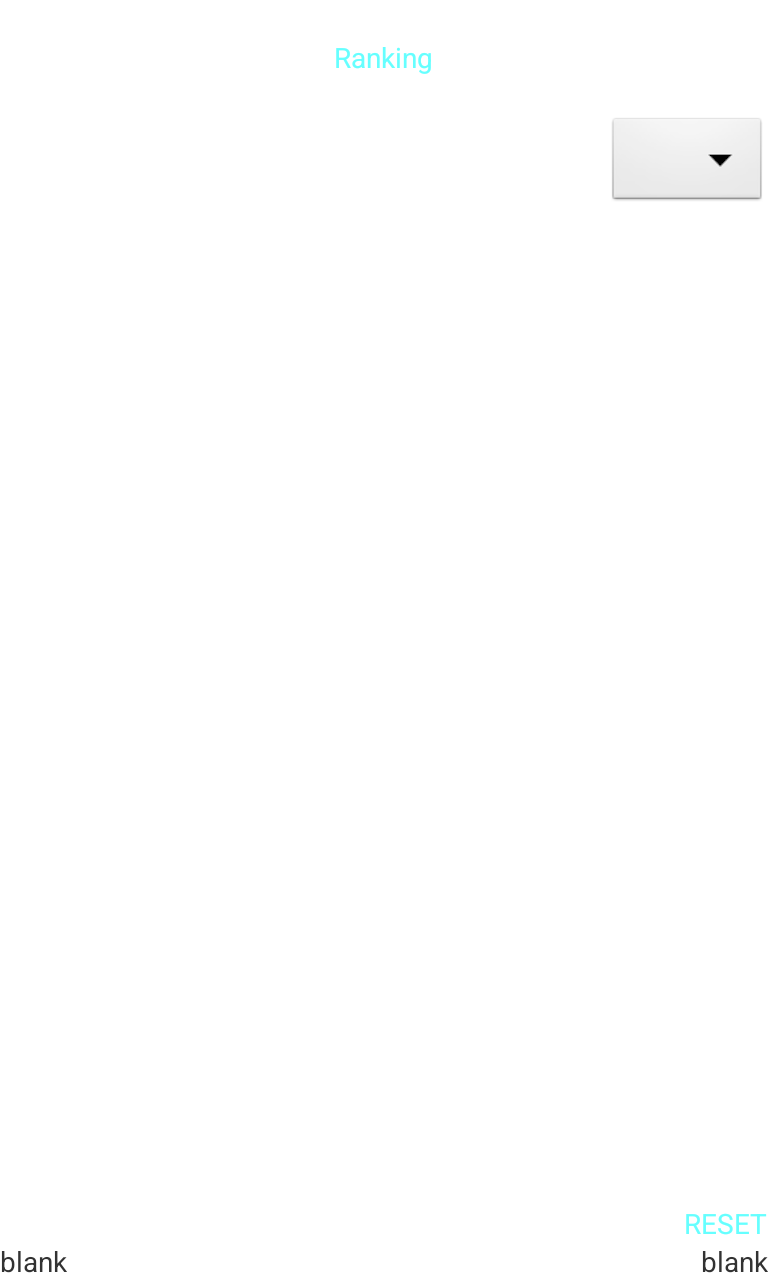
Repository: zwycid/dimension-drive-downside
Layout: lk/gameUIDesign/res/layout/ranking.xml
An editor plug-in stored every save of this project. The layout is shown before and after the next save, followed by the edit.
It is drawn on a 768 x 1280 px phone screen (xhdpi) without system bars, with theme AppTheme; the app's code is not run. Lists and similar views that code fills are empty.

Above is the layout before, as saved 2012-07-12 13:58:21.

### lk/gameUIDesign/res/layout/ranking.xml
<?xml version="1.0" encoding="utf-8"?>
<RelativeLayout xmlns:android="http://schemas.android.com/apk/res/android"
    android:layout_width="match_parent"
    android:layout_height="match_parent" >

    <TextView
        android:id="@+id/blankViewRanking0"
        style="@style/blankView"
        android:layout_alignParentTop="true"
        android:layout_centerHorizontal="true" />

    <TextView
        android:id="@+id/textViewTitleRanking"
        style="@style/TitleText"
        android:layout_below="@+id/blankViewRanking0"
        android:layout_centerHorizontal="true"
        android:text="@string/Ranking" />

    <TextView
        android:id="@+id/blankViewRanking1"
        style="@style/blankView"
        android:layout_alignLeft="@+id/textViewTitleRanking"
        android:layout_below="@+id/textViewTitleRanking" />

    <Spinner
        android:id="@+id/spinnerStage"
        android:layout_width="wrap_content"
        android:layout_height="wrap_content"
        android:layout_alignParentRight="true"
        android:layout_below="@+id/blankViewRanking1"
        android:prompt="@string/STAGE" />

    <TextView
        android:id="@+id/textViewButtonSwap"
        style="@style/ButtonText"
        android:layout_above="@+id/blankView5"
        android:layout_alignParentLeft="true" />

    <TextView
        android:id="@+id/textViewButtonReset"
        style="@style/ButtonText"
        android:layout_above="@+id/blankView4"
        android:layout_alignParentRight="true"
        android:text="@string/reset" />

    <ViewFlipper
        android:id="@+id/viewFlipperForListView"
        android:layout_width="wrap_content"
        android:layout_height="wrap_content"
        android:layout_below="@+id/spinnerStage"
        android:layout_centerHorizontal="true" >

        <ListView
            android:id="@+id/listViewTotalRanking"
            android:layout_width="match_parent"
            android:layout_height="wrap_content" >
        </ListView>

        <ListView
            android:id="@+id/listViewStageRanking"
            android:layout_width="match_parent"
            android:layout_height="wrap_content" >
        </ListView>
    </ViewFlipper>

    <TextView
        android:id="@+id/blankView4"
        android:layout_width="wrap_content"
        android:layout_height="wrap_content"
        android:layout_alignParentBottom="true"
        android:layout_alignParentRight="true"
        android:text="@string/blank" />

    <TextView
        android:id="@+id/blankView5"
        android:layout_width="wrap_content"
        android:layout_height="wrap_content"
        android:layout_alignParentBottom="true"
        android:layout_alignParentLeft="true"
        android:text="@string/blank" />

</RelativeLayout>

### lk/gameUIDesign/res/values/strings.xml
<resources>

    <string name="app_name">ITProject-gameUIDesign</string>
    <string name="menu_settings">Settings</string>
    <string name="title_activity_main">gameUIDesign</string>
    <string name="gameTitle">Sailing Text</string>
    <string name="Startgame">Start Game</string>
    <string name="Ranking">Ranking</string>
    <string name="Option">Option</string>
    <string name="TotalRanking">Total Ranking</string>
    <string name="StageRanking">Stage Ranking</string>
    <string name="reset">RESET</string>
    <string name="STAGE">STAGE</string>
    <string name="blank">blank</string>

</resources>

Loaded but not shown: lk/gameUIDesign/res/values/styles.xml (common file)

After the next save:
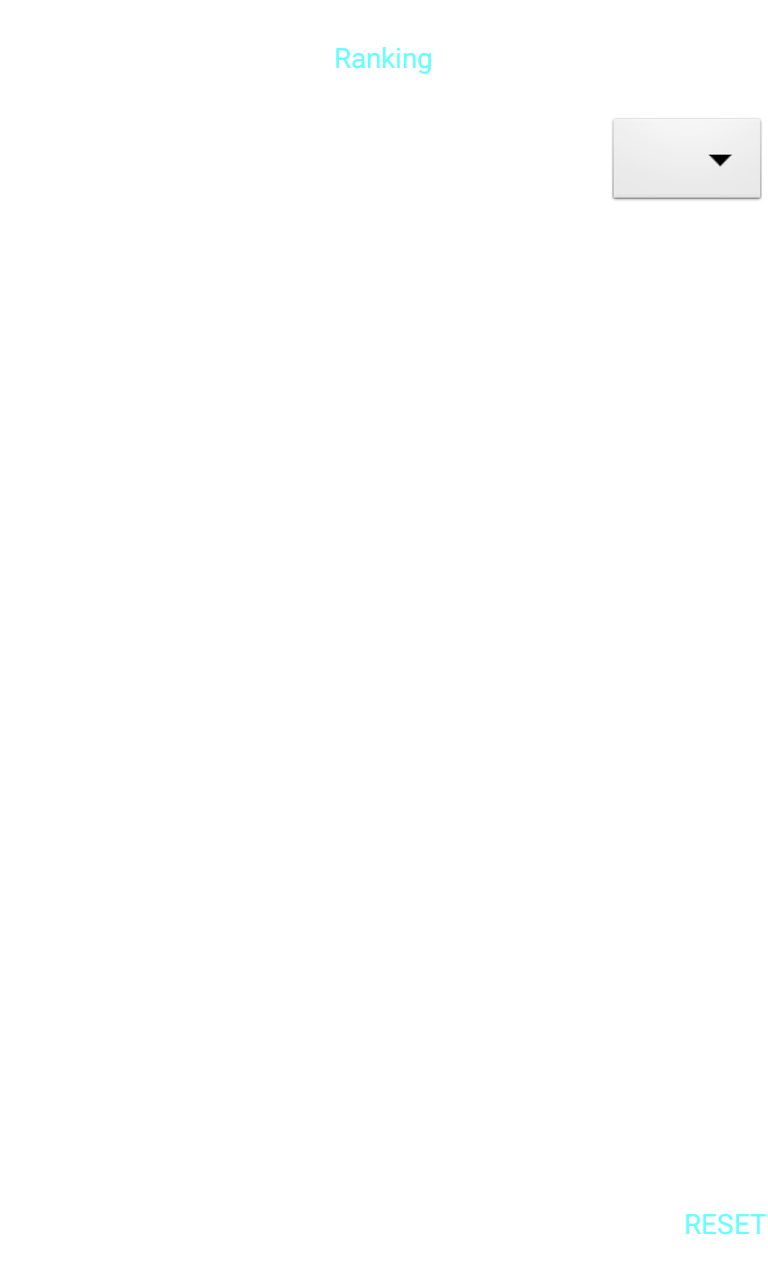
Saved 2 days later.
--- a/lk/gameUIDesign/res/layout/ranking.xml
+++ b/lk/gameUIDesign/res/layout/ranking.xml
@@ -65,16 +65,14 @@
 
     <TextView
         android:id="@+id/blankView4"
-        android:layout_width="wrap_content"
-        android:layout_height="wrap_content"
+        style="@style/blankView"
         android:layout_alignParentBottom="true"
         android:layout_alignParentRight="true"
         android:text="@string/blank" />
 
     <TextView
         android:id="@+id/blankView5"
-        android:layout_width="wrap_content"
-        android:layout_height="wrap_content"
+        style="@style/blankView"
         android:layout_alignParentBottom="true"
         android:layout_alignParentLeft="true"
         android:text="@string/blank" />
